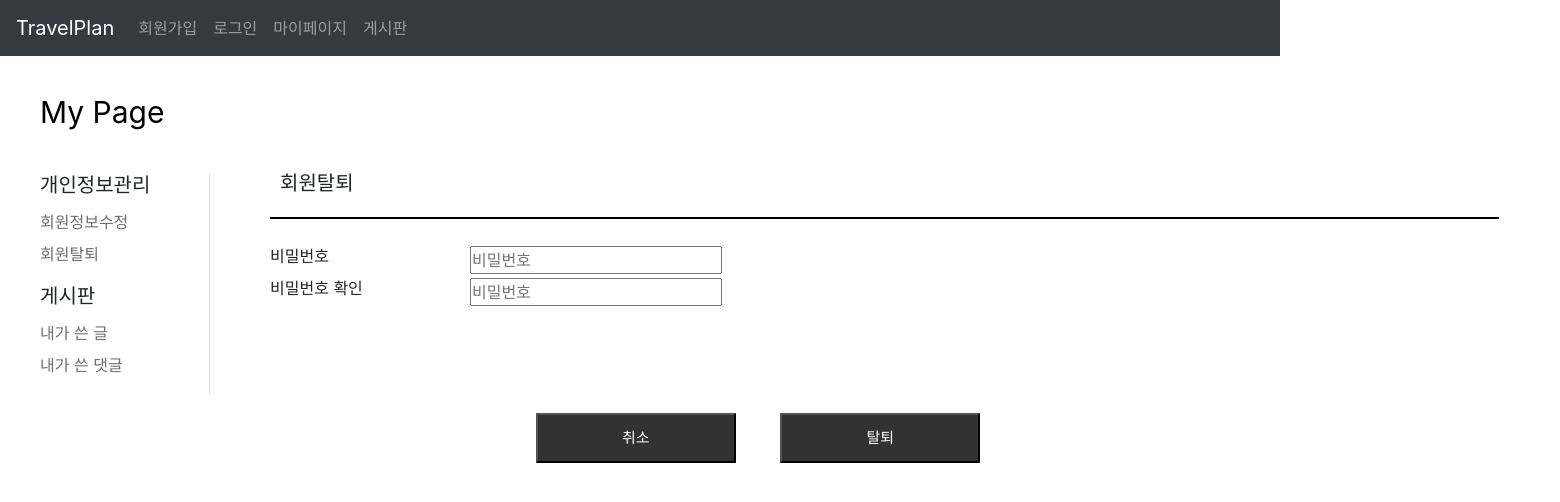
Repository: sna145815/Travel_v1
Page: http://localhost/Travel_v1/WEB-INF/view/deleteuser.jsp
The author's editor kept a copy of each file at every save. The page is drawn from the files as they stood at one save, then again after the next save.
The browser window is 1280 px wide. The page is 1560 px wide, so the pictures cover 1560 px, including what lies to the right of the window. The pictures show the whole page.
The page is served by Tomcat 9. Nobody is signed in. Other server files are loaded and not shown. The template is opened directly, without the code that normally fills it, so the values that code supplies are empty.

Above is the page before, as saved 2022-11-06 14:22:22.

### Travel_v1/src/main/webapp/WEB-INF/view/deleteuser.jsp
<%@ page language="java" contentType="text/html; charset=UTF-8"
    pageEncoding="UTF-8"%>
<%@ include file="/layout/header.jsp" %>

<!DOCTYPE html>
<html>
<head>
	<meta charset="UTF-8">
	<style>
		* {
			margin: 0;
			padding: 0;
		}
		#wrap {
			width: auto;
			min-width: 1560px;
			max-width: 1880px;
			padding: 0px 40px;
			margin: 0px auto;
			box-sizing: border-box;
		}
		#sub_header {
			position: relative;
			padding: 0px 0px 10px;
			margin: 0px auto;
		}
		.visual_area {
			padding: 5px 0px 8px;
			font-size: inherit;
			font-weight: normal;
		}
		.txt > a {
			display: inline-block;
			font-size: 30px;
			font-weight: normal;
			color: rgb(0, 0, 0);
		}
		.menu_area {
			float : left;
			width : 270px;
			border-right: 1px solid #ddd;
		}
		.content_right {
			position: absolute;
			left: 270px;
			top: 200;
			right: 0;
			min-width: 1229px;
		}
		.menu_area {
		 	width: 170px;
		 	float: left;
		 	margin: 24px 40px 0px 0px;
		 	font-size: 14px;
		}
		.menu1, .menu2 {
			display: flex;
			flex-direction: column;
			padding-bottom: 15px;
		}
		.update, .delete, .post, .comment {
			display: flex;
			margin-top: 2px;
			font-size: 16px;
			line-height: 30px;
			color: rgb(110, 110, 110);
		}
		.content-right {
			padding: 0;
			float: right;
		}
		.sectiontitle {
			border-bottom: 2px solid #000000;
			padding-left: 10px;
			padding-bottom: 14px;
			margin-top: 22px;
			line-height: 1.5px;
			font-size: 14px;
			position: relative;
		}
		.password {
			padding: 3px 0 35px 0;
		}
		.inputpwd {
			margin-top: 22px;
			padding-left: 160px;
			position: relative;
		}
		.button {
			margin-top: 50px;
			margin-left: 20%;
		}
		.btn_cancel, .btn_delete {
			width: 200px;
			height: 50px;
			margin: 20px;
			padding: 10px;
			font-size: 15px;
			border-collapse: collapse;
			vertical-align: middle;
			color: rgb(255, 255, 255);
			background-color: rgb(50, 50, 50);
		}
	</style>
</head>
<body>
	<div id="wrap">
		<div id ="header">
			<div class="visual_area">
				<h1 class="txt">
					<a href="/mypage">My Page</a>
				</h1>
			</div>
		</div>
		<div id ="content_area">
			<div class ="content">
				<div class="content_in">
					<!-- 좌측 메뉴 -->
					<nav class="menu_area">
						<div class="menu1">
							<h5>개인정보관리</h5>
							<a href="/mypage" class="update">회원정보수정</a>
							<a href="/deleteuser" class="delete">회원탈퇴</a>
						</div>
						<div class="menu2">
							<h5>게시판</h5>
							<a href="#" class="post">내가 쓴 글</a>
							<a href="#" class="comment">내가 쓴 댓글</a>
						</div>
					</nav>
					<!-- 콘텐츠 내용 -->
					<section class ="content_right">
						<header class="sectiontitle">
							<h5>회원탈퇴</h5>
						</header>
						<div class="password">
							<table class="inputpwd">
								<tr>
									<td width=200px><label for="myPW">비밀번호</label></td>
									<td><input type="password" id="myPW" placeholder="비밀번호" size=20/></td>
								</tr>
								<tr>
									<td><label for="myPWR">비밀번호 확인</label></td>
									<td><input type="password" id="myPWR" placeholder="비밀번호" size=20/></td>
								</tr>
							</table>
						</div>
						<div class="button">
							<span>
								<button type="submit" class="btn_cancel">취소</button>
							</span>
							<span>
								<button type="submit" class="btn_delete">탈퇴</button>
							</span>
						</div>
					</section>
				</div>
			</div>
		</div>
	</div>
</body>
</html>

### Travel_v1/src/main/webapp/layout/header.jsp
<%@ page language="java" contentType="text/html; charset=UTF-8"
    pageEncoding="UTF-8"%>
<!DOCTYPE html>

<head>
  <title>TravelPlan</title>
  <meta charset="utf-8">
  <meta name="viewport" content="width=device-width, initial-scale=1">
  <link rel="stylesheet" href="https://cdn.jsdelivr.net/npm/bootstrap@4.6.1/dist/css/bootstrap.min.css">
  <script src="https://cdn.jsdelivr.net/npm/jquery@3.6.0/dist/jquery.slim.min.js"></script>
  <script src="https://cdn.jsdelivr.net/npm/popper.js@1.16.1/dist/umd/popper.min.js"></script>
  <script src="https://cdn.jsdelivr.net/npm/bootstrap@4.6.1/dist/js/bootstrap.bundle.min.js"></script>
</head>
<body>

<nav class="navbar navbar-expand-md bg-dark navbar-dark">
  <a class="navbar-brand" href="#">TravelPlan</a>
  <button class="navbar-toggler" type="button" data-toggle="collapse" data-target="#collapsibleNavbar">
    <span class="navbar-toggler-icon"></span>
  </button>
  <div class="collapse navbar-collapse" id="collapsibleNavbar">
    <ul class="navbar-nav">
      <li class="nav-item">
        <a class="nav-link" href="#">회원가입</a>
      </li>
      <li class="nav-item">
        <a class="nav-link" href="/login">로그인</a>
      </li>
      <li class="nav-item">
        <a class="nav-link" href="/mypage">마이페이지</a>
      </li>
      <li class="nav-item">
        <a class="nav-link" href="#">게시판</a>
      </li>
    </ul>
  </div>
</nav>
<br>

After the next save:
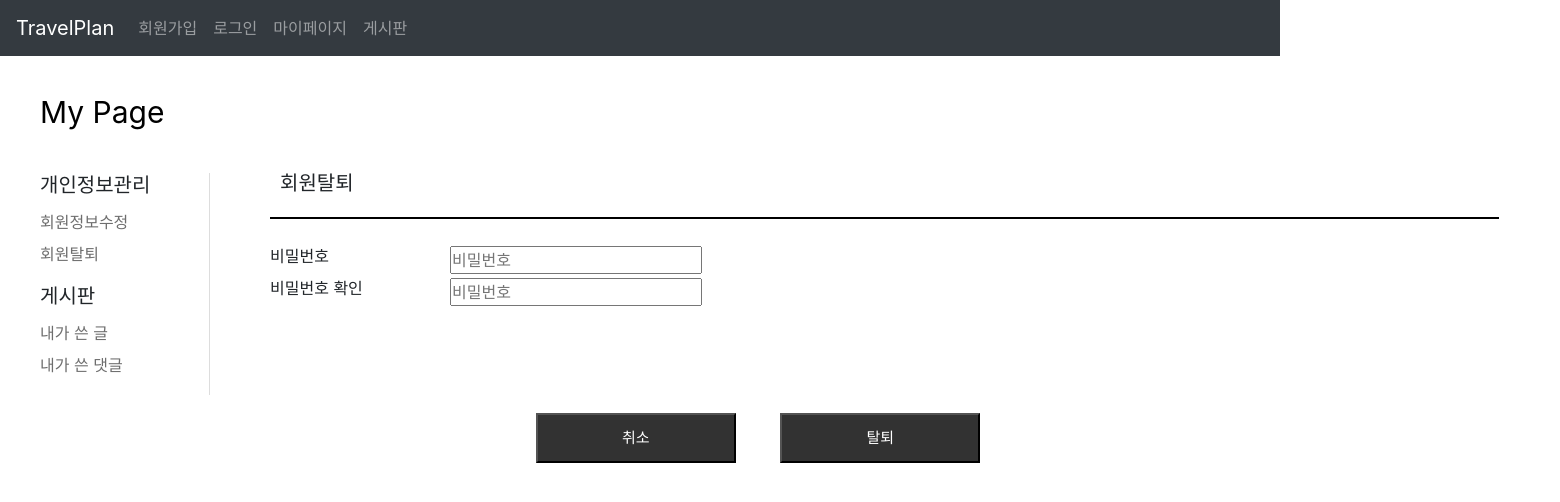
Saved 9 s later.
--- a/Travel_v1/src/main/webapp/WEB-INF/view/deleteuser.jsp
+++ b/Travel_v1/src/main/webapp/WEB-INF/view/deleteuser.jsp
@@ -136,7 +136,7 @@
 						<div class="password">
 							<table class="inputpwd">
 								<tr>
-									<td width=200px><label for="myPW">비밀번호</label></td>
+									<td width=180px><label for="myPW">비밀번호</label></td>
 									<td><input type="password" id="myPW" placeholder="비밀번호" size=20/></td>
 								</tr>
 								<tr>
